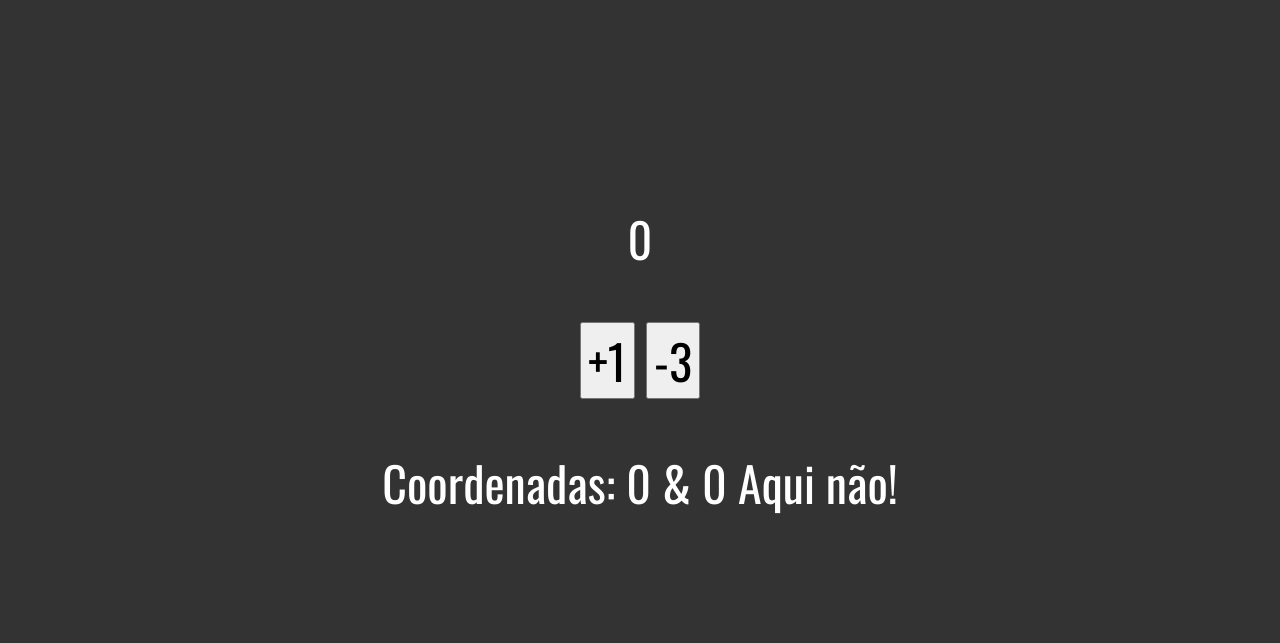
Repository: WillianPer/VUE
Page: exercicios/eventos.html
These files come from the project's save history. The page is drawn as it stood at one moment and after the next save; the edit follows.
The browser window is 1280 px wide. The pictures show the whole page.

Above is the page before, as saved 2022-08-13 21:49:03.

After the next save:
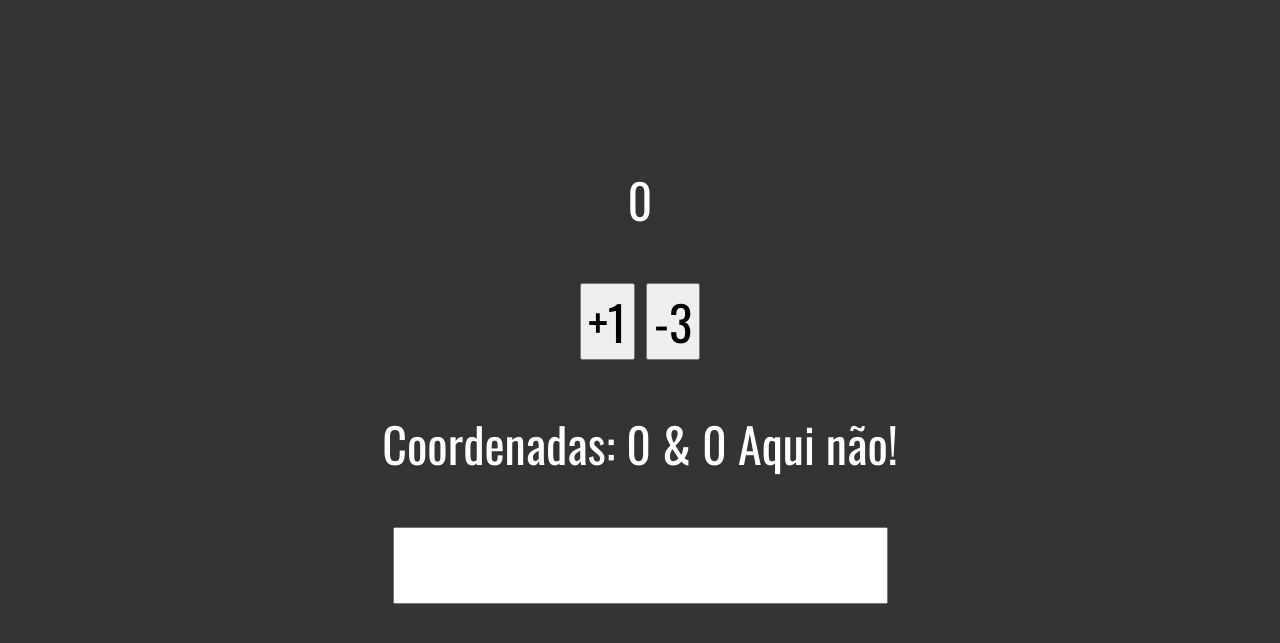
Saved 6 min 13 s later.
--- a/exercicios/eventos.html
+++ b/exercicios/eventos.html
@@ -19,6 +19,7 @@
             <!-- <span @mousemove.stop>Aqui não!</span> -->
             <span @mousemove="stop">Aqui não!</span>
         </p>
+        <input type="text" @keyup.enter="alerta">
     </div>
 
     <script>
@@ -39,7 +40,10 @@
                 },
                 // stop(e) {
                 //     e.stopPropagation()
-                // }
+                // },
+                alerta() {
+                    alert('Enter!')
+                }
             }
         })
     </script>
